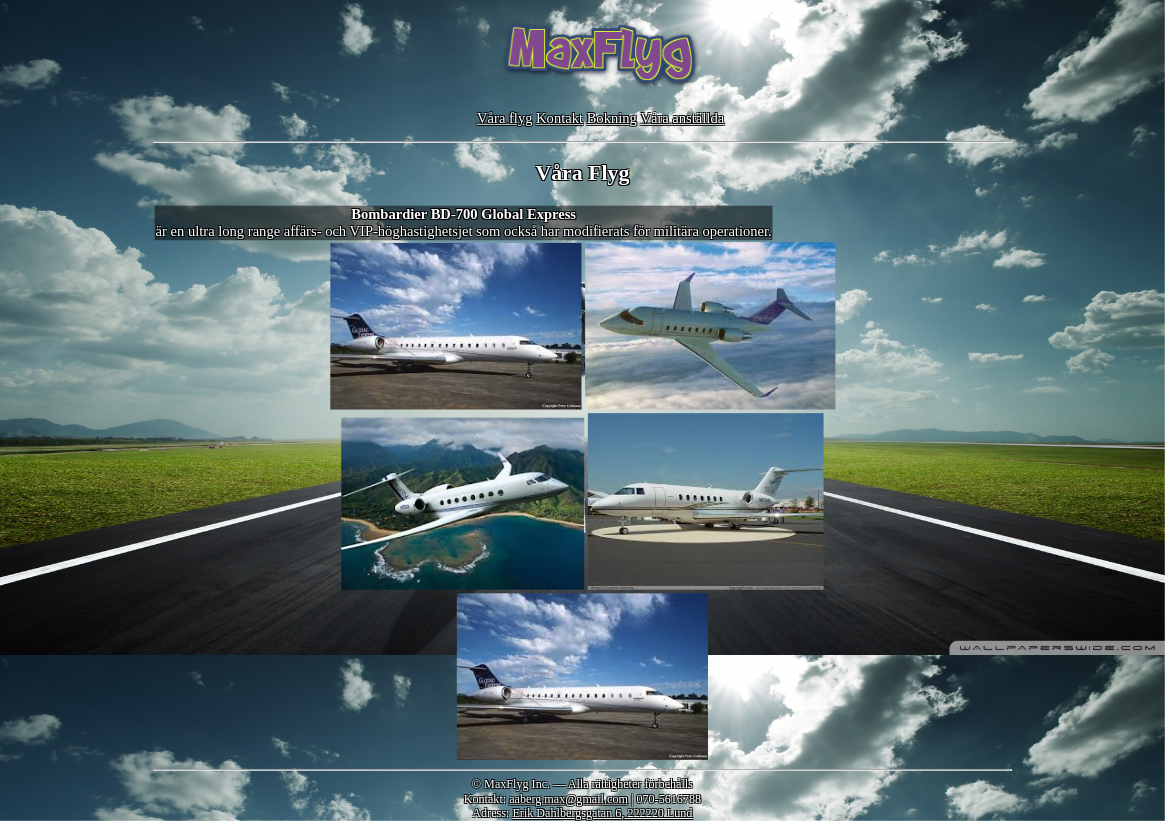
Repository: Maxenboy/Computer-Engineering-BA-A-Web-Programming-with-HTML5-CSS3-and-JavaScript-DT146G
Page: Mittuniversitet/Lab3/airplanes.html
The author's editor kept a copy of each file at every save. The page is drawn from the files as they stood at one save, then again after the next save.
The browser window is 1280 px wide. The pictures show the whole page, at 91% of full size.
Backgrounds fixed to the window are drawn as part of the page.

Above is the page before, as saved 2014-09-18 17:52:33.

### Mittuniversitet/Lab3/airplanes.html
<!DOCTYPE html>
<!--  Max Åberg
mabe1411
aaberg.max@gmail.com   -->

<html>
	<head>
		<meta charset="utf-8" />
		<title>MaxFlyg</title>
		<link type="text/css" rel="stylesheet" href="css/main.css">
		<link rel="shortcut icon" type="image/png" href="img/icon.png">
		<script src="js/main.js"></script>
	</head>
	<body>
		<header >

			<ul>
				<li>
					<a class="special" href="index.html"><img   src="img/logga.png" alt="MaxFlyg logga"/></a>
				</li>
			</ul>
			<ul>

				<li>
					<a href="">Våra flyg</a>
				</li>
				<li>
					<a href="contact.html">Kontakt</a>
				</li>
				<li>
					<a href="booking.html">Bokning</a>
				</li>
				<li>
					<a href="employees.html">Våra anställda</a>
				</li>
			</ul>
			<hr />
		</header>

		<section>
			<h1>Våra Flyg </h1>
			<table  class="table">
				<tr>
					<td colspan="3" class="span" id="description" ><strong> Bombardier BD-700 Global Express </strong>
					<br/>
					är en ultra long range affärs- och VIP-höghastighetsjet som också har modifierats för militära operationer.</td>
				</tr>
			</table>
			<div id="wrapper" >
				<div >
					<img  src="img/global.jpg" alt="Bombardier BD-700 Global Express" id="global" onclick="LoadImage('global')"/>
					<img src="img/challenger.jpg" alt="Bombardier Challenger 600-serien" id="challenger" onclick="LoadImage('challenger')" />
					<div >
						<img src="img/gulfstream.jpg" alt="Gulfstream" id="gulf" onclick="LoadImage('gulf')" />
						<img src="img/hawker.jpg" alt="Hawker 800" id="hawk" onclick="LoadImage('hawk')" />
					</div>
				</div>
				<div >
					<img  src="img/global.jpg" alt="Bombardier BD-700 Global Express" id="big"/>
				</div>
			</div>

		</section>
		<footer>
			<hr/>
			&copy; MaxFlyg Inc. &mdash; Alla rättigheter förbehålls
			<br/>
			Kontakt: <a href="mailto:aaberg.max@gmail.com">aaberg.max@gmail.com</a> | 070-5616788
			<br/>
			Adress: <a href="contact.html"> Erik Dahlbergsgatan 6, 222220 Lund</a>
		</footer>

	</body>

</html>

### Mittuniversitet/Lab3/css/main.css
/*  Max Åberg
 mabe1411
 aaberg.max@gmail.com   */

@media handheld and (max-width: 480px) , screen and (max-width: 480px) {
	html {
		color: white;
		text-shadow: -1px -1px 0 #000, 1px -1px 0 #000, -1px 1px 0 #000, 1px 1px 0 #000;
		margin: 0 auto;
		width: 200px;
		text-align: center;
		background: url(../img/background.jpg) no-repeat center center fixed;
		-webkit-background-size: cover;
		-moz-background-size: cover;
		-o-background-size: cover;
		background-size: cover;
		height: 100%
	}

	li {
		display: inline;
	}
	a:link, a:visited {
		color: white;
		text-shadow: -1px -1px 0 #000, 1px -1px 0 #000, -1px 1px 0 #000, 1px 1px 0 #000;
	}
	.table img {
		width: 59px;
		height: 47px;
		vertical-align: middle;
	}
	.span img {
		width: 119px;
		height: 94px;
	}
}
@media only screen and (min-width: 481px) and (max-width: 1024px) {
	html {
		color: white;
		text-shadow: -1px -1px 0 #000, 1px -1px 0 #000, -1px 1px 0 #000, 1px 1px 0 #000;
		margin: 0 auto;
		width: 500px;
		text-align: center;
		background: url(../img/background.jpg) no-repeat center center fixed;
		-webkit-background-size: cover;
		-moz-background-size: cover;
		-o-background-size: cover;
		background-size: cover;
		height: 100%
	}

	li {
		display: inline;
	}
	a:link, a:visited {
		color: white;
		text-shadow: -1px -1px 0 #000, 1px -1px 0 #000, -1px 1px 0 #000, 1px 1px 0 #000;
	}
	footer {
		font-size: smaller;
	}
	.table img {
		width: 119px;
		height: 94px;
		vertical-align: middle;
	}
	.span img {
		width: 238px;
		height: 188px;
	}

	.span {
		width: 100%;
		background-color: rgba(0, 0, 0, .5);
	}
	.opac {
		background-color: rgba(0, 0, 0, .2);
	}

}
@media only screen and (min-width: 1025px) {
	html {
		color: white;
		text-shadow: -1px -1px 0 #000, 1px -1px 0 #000, -1px 1px 0 #000, 1px 1px 0 #000;
		margin: 0 auto;
		width: 960px;
		text-align: center;
		background: url(../img/background.jpg) no-repeat center center fixed;
		-webkit-background-size: cover;
		-moz-background-size: cover;
		-o-background-size: cover;
		background-size: cover;
		height: 100%
	}

	li {
		display: inline;
	}
	a:link, a:visited {
		color: white;
		text-shadow: -1px -1px 0 #000, 1px -1px 0 #000, -1px 1px 0 #000, 1px 1px 0 #000;
	}
	footer {
		font-size: smaller;
	}
	.table img {
		width: 238px;
		height: 188px;
		vertical-align: middle;
	}

	.span {
		width: 100%;
		background-color: rgba(0, 0, 0, .5);
	}
	.span img {
		width: 476px;
		height: 376px;
	}
	.opac {
		background-color: rgba(0, 0, 0, .2);
	}
	.map {
		height: 500px;
		width: 600px;
		text-shadow: none;
		color: black;
	}
	.small img {
		width: 150px;
		height: 150px;
		vertical-align: middle;
	}
	.gallery {
		float: left;
		width: 30%;
		margin-right: 1%;
		margin-bottom: 0.5em;
	}
}
@media print {
	html {
		text-align: center;
	}
	li {
		display: inline;
	}
	.map {
		height: 500px;
		width: 600px;
		text-shadow: none;
		color: black;
	}
}

### Mittuniversitet/Lab3/js/main.js
/*  Max Åberg
 mabe1411
 aaberg.max@gmail.com   */
var s, sUsrAg = navigator.userAgent, url;

function getBrowser() {
	navigator = window.navigator;

	if (sUsrAg.indexOf("Chrome") > -1) {
		s = "Google Chrome";
	} else if (sUsrAg.indexOf("Safari") > -1) {
		s = "Apple Safari";
	} else if (sUsrAg.indexOf("Opera") > -1) {
		s = "Opera";
	} else if (sUsrAg.indexOf("Firefox") > -1) {
		s = "Mozilla Firefox";
	} else if (sUsrAg.indexOf("MSIE") > -1) {
		s = "Microsoft Internet Explorer";
	} else {
		document.write("Undefined browser");
	}
	return s;
}

function LoadImage(name) {
	document.getElementById("big").src = document.getElementById(name).src;
	switch(name) {
	case "global":
		document.getElementById("description").innerHTML = "<strong> Bombardier BD-700 Global Express </strong><br/>	är en ultra long range affärs- och VIP-höghastighetsjet som också har modifierats för militära operationer.";
		break;
	case "challenger":
		document.getElementById("description").innerHTML = "<strong> Bombardier Challenger 600-serien</strong><br/>	är en familj av affärsjetplan designade av Bill Lear och producerade först av Canadair, tills det köptes upp av Bombardier Aerospace under 1986, och sedan av Bombardier.";
		break;
	case "gulf":
		document.getElementById("description").innerHTML = "<strong>Gulfstream</strong><br/>V och G-V SP är affärsjetflygplan tillverkade av General Dynamics' Gulfstream Aerospace i Savannah, Georgia, USA. De används också av den amerikanska militären under beteckningen C-37A.";
		break;
	case "hawk":
		document.getElementById("description").innerHTML = "<strong>Hawker 800 </strong><br/>är ett mellanstort tvåmotorig affärsflygplan. Det är en utveckling av British Aerospace BAe 125, och monteras av Hawker Beechcraft.";
		break;
	case "CEO":
		document.getElementById("description").innerHTML = "<strong> Max Åberg<br/>CEO/Developer/Founder</strong>";
		break;
	case "pilot":
		document.getElementById("description").innerHTML = "<strong>Pilot Sökes</strong><br/> Skicka gärna in din ansökan här: <a href=mailto:aaberg.max@gmail.com>aaberg.max@gmail.com</a>";
		break;
	case "co":
		document.getElementById("description").innerHTML = "<strong> Co-Pilot Sökes</strong><br/> Skicka gärna in din ansökan här: <a href=mailto:aaberg.max@gmail.com>aaberg.max@gmail.com</a>";
		break;
	case "steward":
		document.getElementById("description").innerHTML = "<strong> Flygvärdinna Sökes </strong><br/> Skicka gärna in din ansökan här: <a href=mailto:aaberg.max@gmail.com>aaberg.max@gmail.com</a>";
		break;
	default:
		document.getElementById("description").innerHTML = "<strong> Bombardier BD-700 Global Express </strong><br/>	är en ultra long range affärs- och VIP-höghastighetsjet som också har modifierats för militära operationer.";
		break;
	}
}

After the next save:
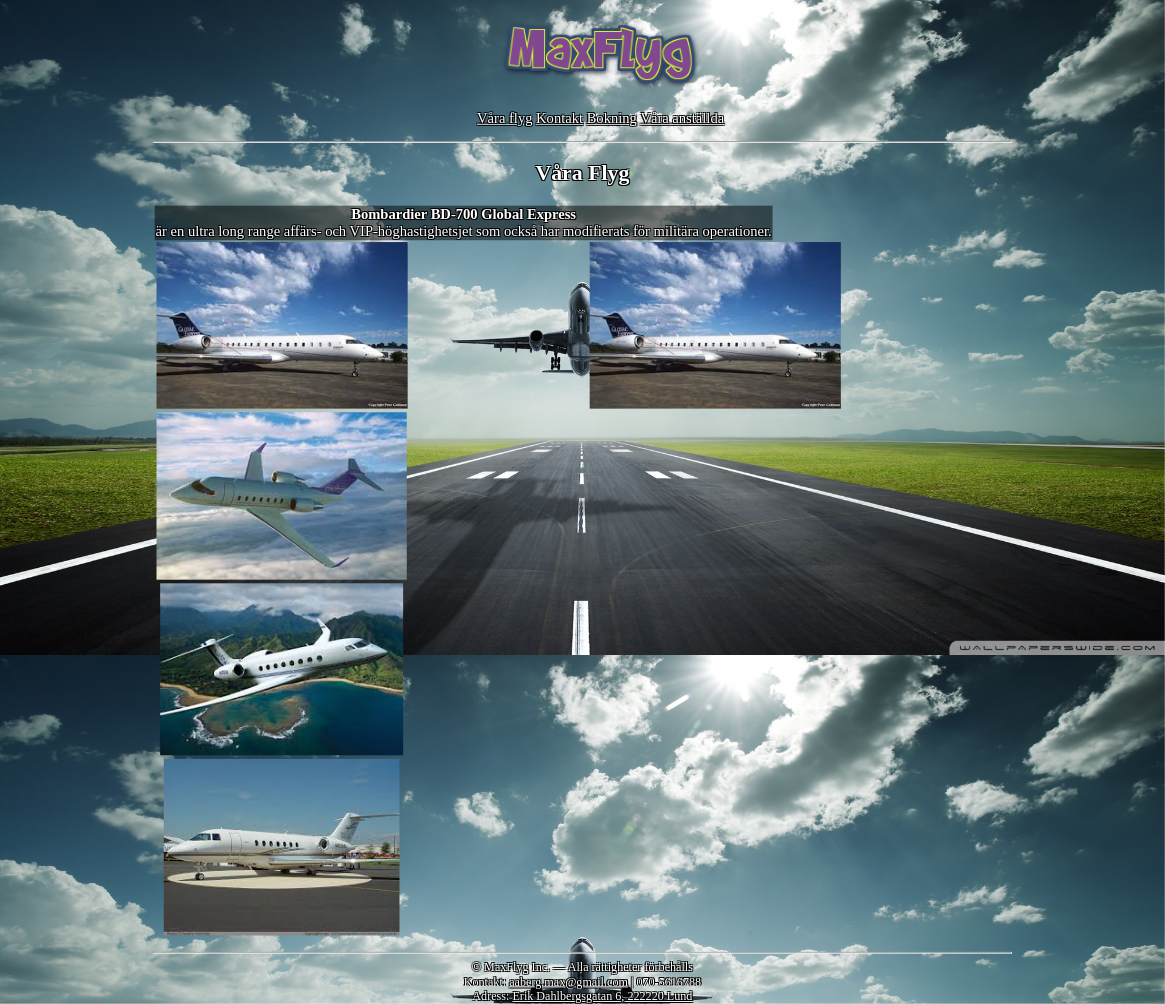
Saved 2 min 45 s later.
--- a/Mittuniversitet/Lab3/airplanes.html
+++ b/Mittuniversitet/Lab3/airplanes.html
@@ -47,7 +47,7 @@
 				</tr>
 			</table>
 			<div id="wrapper" >
-				<div >
+				<div class="gallery" >
 					<img  src="img/global.jpg" alt="Bombardier BD-700 Global Express" id="global" onclick="LoadImage('global')"/>
 					<img src="img/challenger.jpg" alt="Bombardier Challenger 600-serien" id="challenger" onclick="LoadImage('challenger')" />
 					<div >
--- a/Mittuniversitet/Lab3/css/main.css
+++ b/Mittuniversitet/Lab3/css/main.css
@@ -131,6 +131,10 @@
 		height: 150px;
 		vertical-align: middle;
 	}
+	#wrapper {
+		width: 100%;
+		overflow: hidden;
+	}
 	.gallery {
 		float: left;
 		width: 30%;
